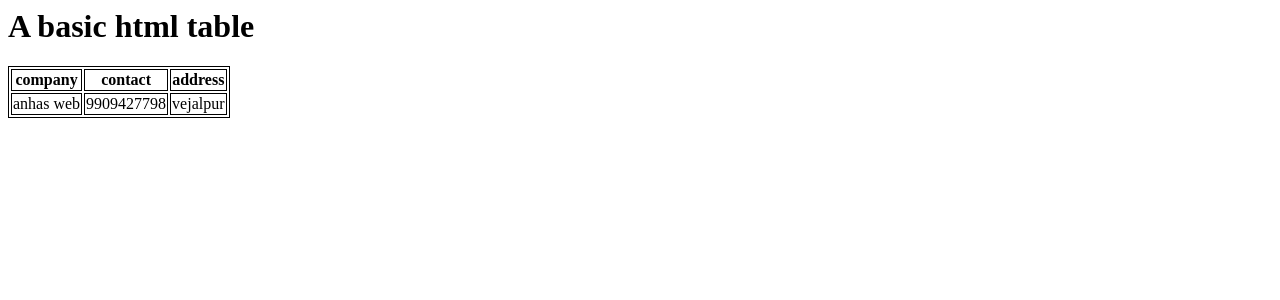
Repository: pratixa-chauhan/practice
Page: style/file3.html
The author's editor kept a copy of each file at every save. The page is drawn from the files as they stood at one save, then again after the next save.
The browser window is 1280 px wide. The pictures show the whole page.

Above is the page before, as saved 2021-12-16 15:14:28.

After the next save:
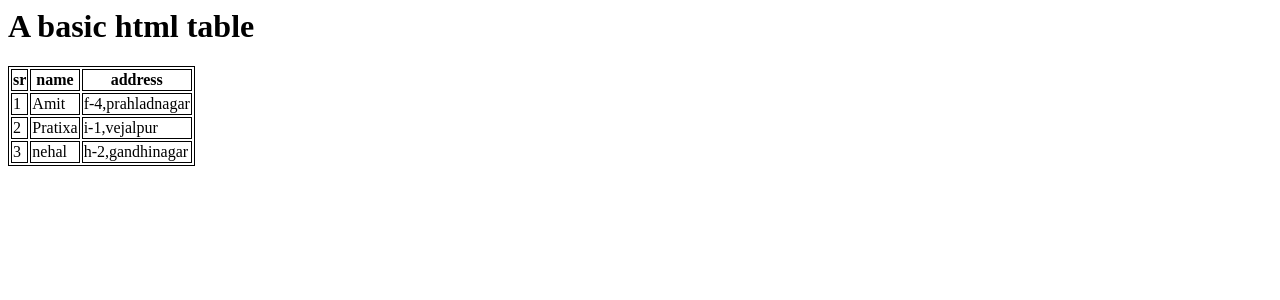
Saved 62 min 34 s later.
--- a/style/file3.html
+++ b/style/file3.html
@@ -2,6 +2,7 @@
     <style>
         table,th,td{
             border:1px solid black;
+            font-size:bold;
 
         }
     </style>
@@ -9,16 +10,25 @@
         <h1>A basic html table</h1>
        <table style="withd:100%">
         <tr>
-            <th>company</th>
-            <th>contact</th>
+            <th>sr</th>
+            <th>name</th>
             <th>address</th>
         </tr>
         <tr>
-            <td>anhas web</td>
-            <td>9909427798</td>
-            <td>vejalpur</td>
+            <td>1</td>
+            <td>Amit</td>
+            <td>f-4,prahladnagar</td>
+        </tr>
+        <tr>
+            <td>2</td>
+            <td>Pratixa</td>
+            <td>i-1,vejalpur</td>
 
-
+        </tr>
+        <tr>
+            <td>3</td>
+            <td>nehal</td>
+            <td>h-2,gandhinagar</td>
         </tr>
 
     </table>
